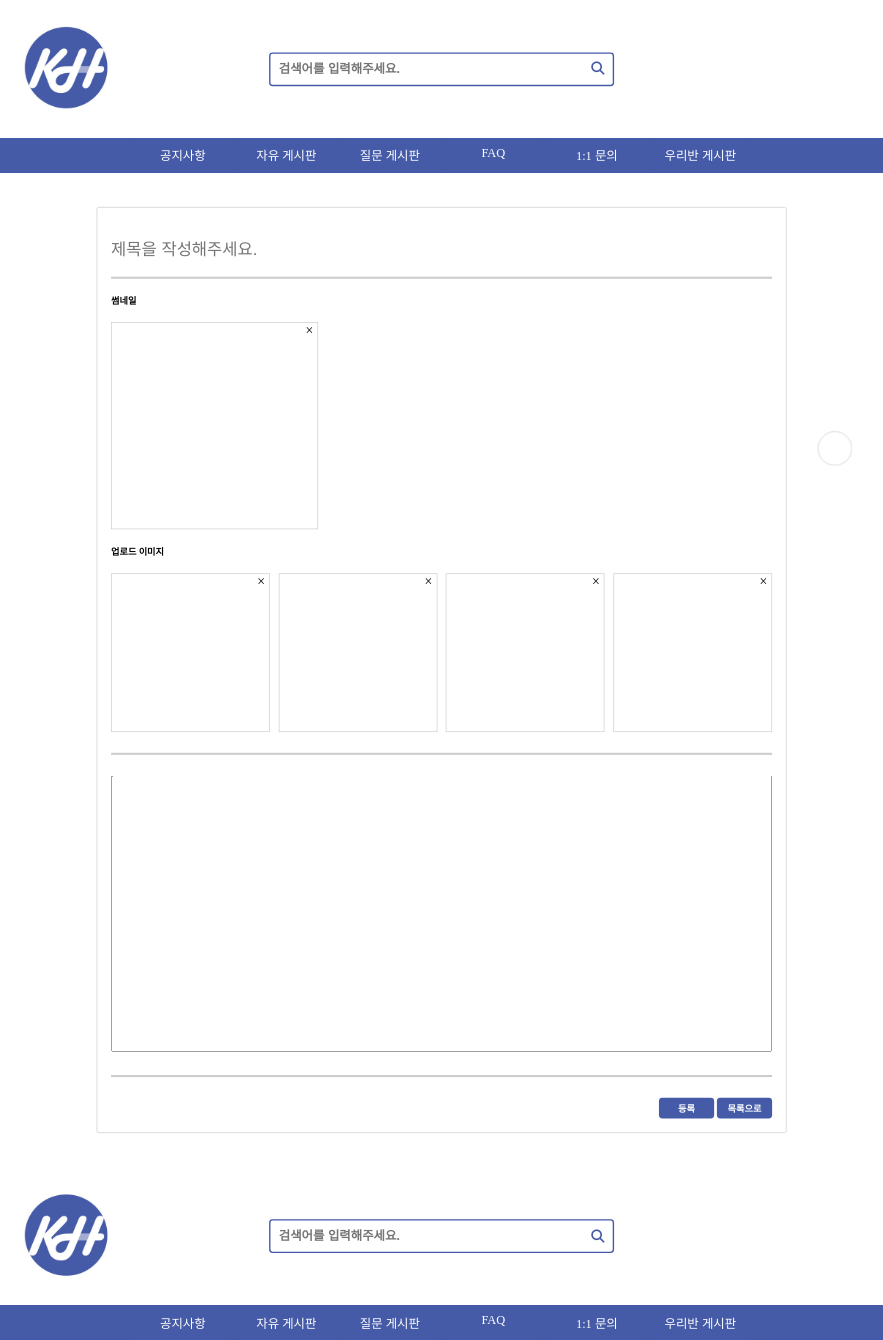
Repository: mothership2002/coddingBaby
Page: http://localhost/Community/WEB-INF/views/board/boardWriteForm.jsp
The author's editor kept a copy of each file at every save. The page is drawn from the files as they stood at one save, then again after the next save.
The browser window is 1280 px wide. The pictures show the whole page, at 69% of full size.
Some icons come from a web library that is not loaded, so they are not drawn. Some web libraries are served in a nearby version. The page is served by Tomcat 9. Nobody is signed in. The template is opened directly, without the code that normally fills it, so the values that code supplies are empty.

Above is the page before, as saved 2022-06-02 02:23:37.
Console error: TypeError: Cannot read properties of undefined (reading 'children')

After the next save:
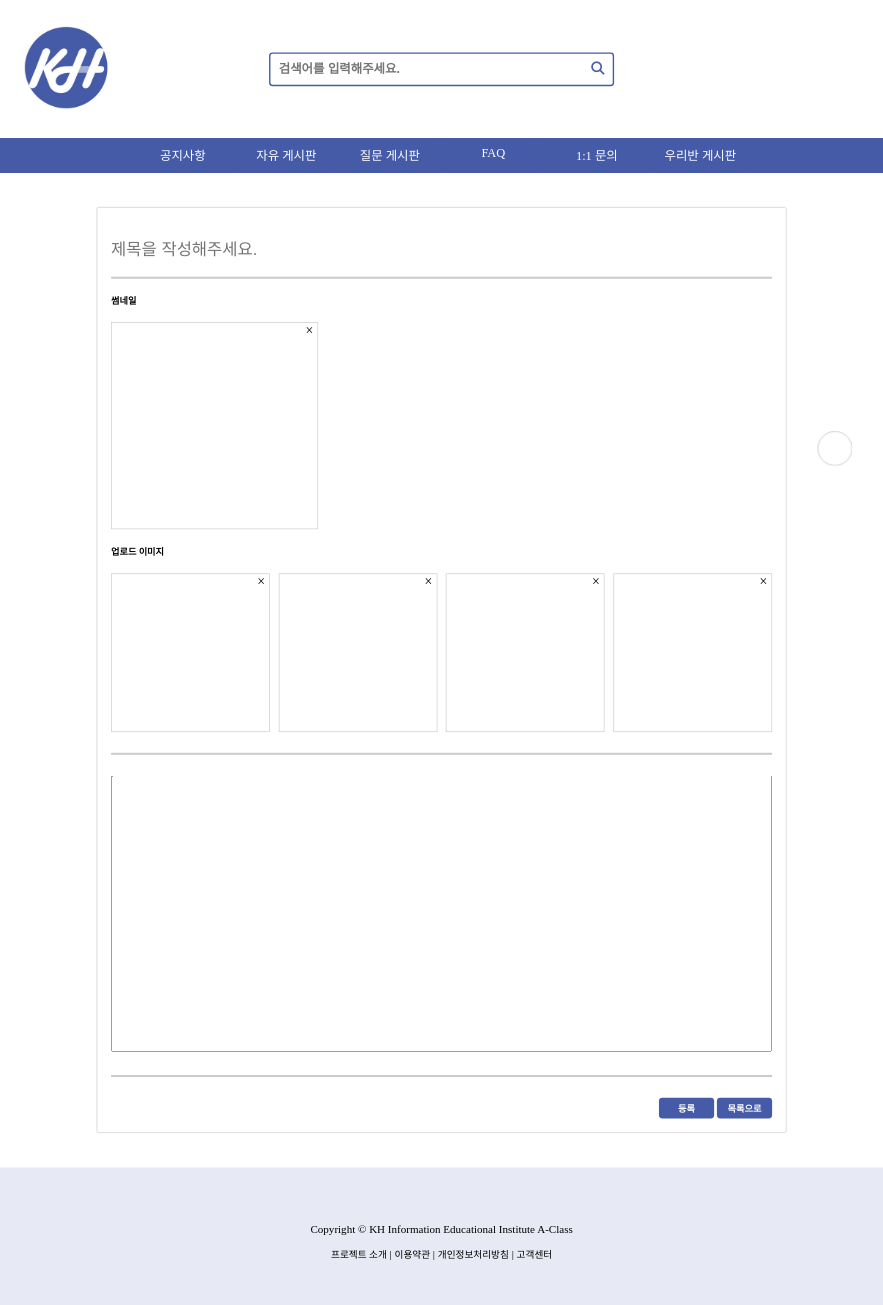
Saved 51 s later.
--- a/5_Server/Community/src/main/webapp/WEB-INF/views/board/boardWriteForm.jsp
+++ b/5_Server/Community/src/main/webapp/WEB-INF/views/board/boardWriteForm.jsp
@@ -71,7 +71,7 @@
             <input type="hidden" name="type" value="${param.type}">
         </form>
     </main>
-        <jsp:include page="/WEB-INF/views/common/header.jsp"/>
+        <jsp:include page="/WEB-INF/views/common/footer.jsp"/>
         <a href=#top>
             <button id="page-top" class="fa-duotone fa-eject"></button>
         </a>
